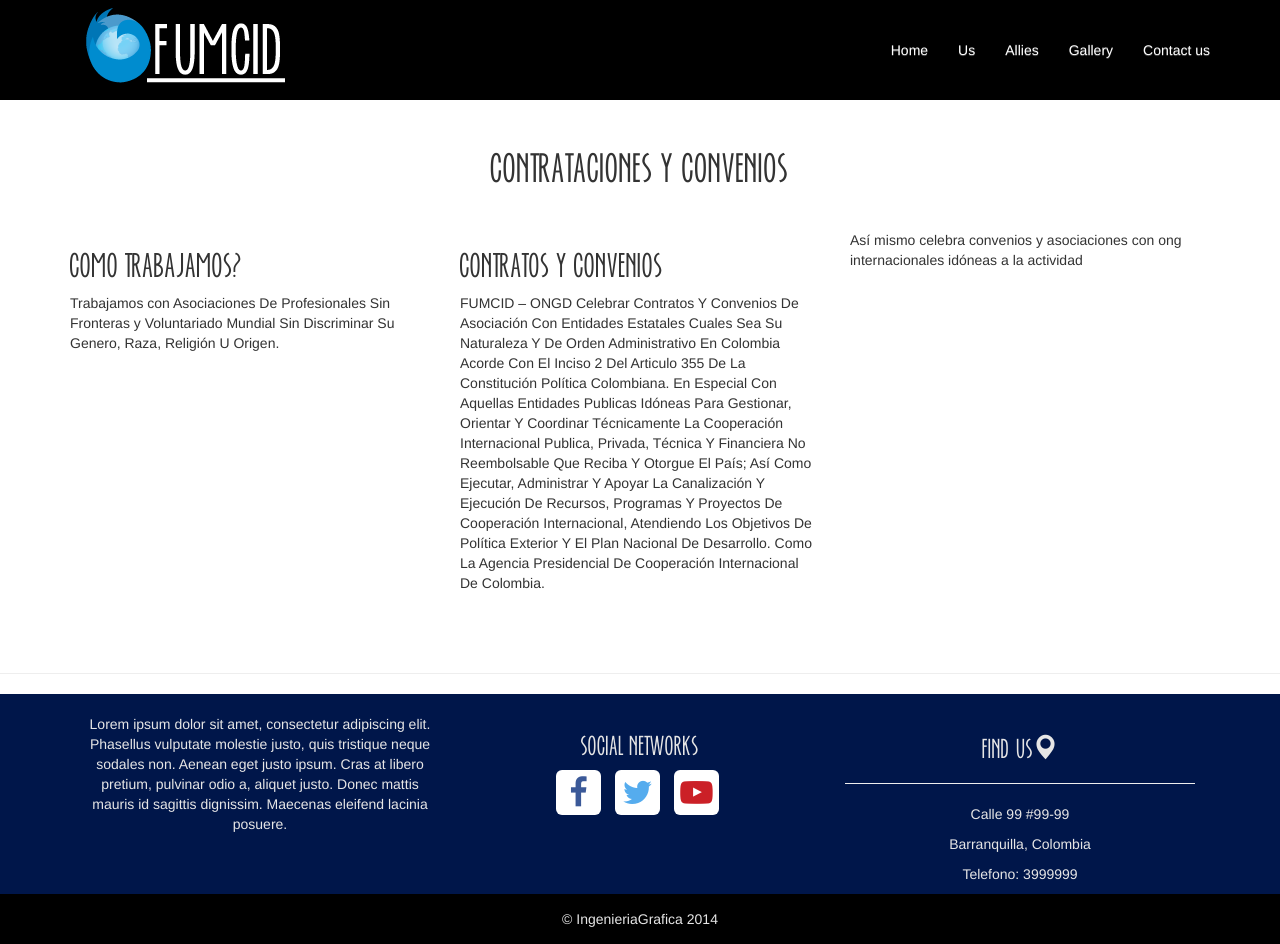
Repository: aarguelles93/Prototipo-portal-FUMCID
Page: http://localhost/contrataciones.php
The author's editor kept a record of every edit. The page is drawn from the files as they stood at one moment, then again after the next edit.
The browser window is 1280 px wide. The pictures show the whole page.
Some web libraries are served in a nearby version. The page is run by PHP 8.4 with error messages shown; the project is at /var/www/html/.

Above is the page before.

After the next edit:
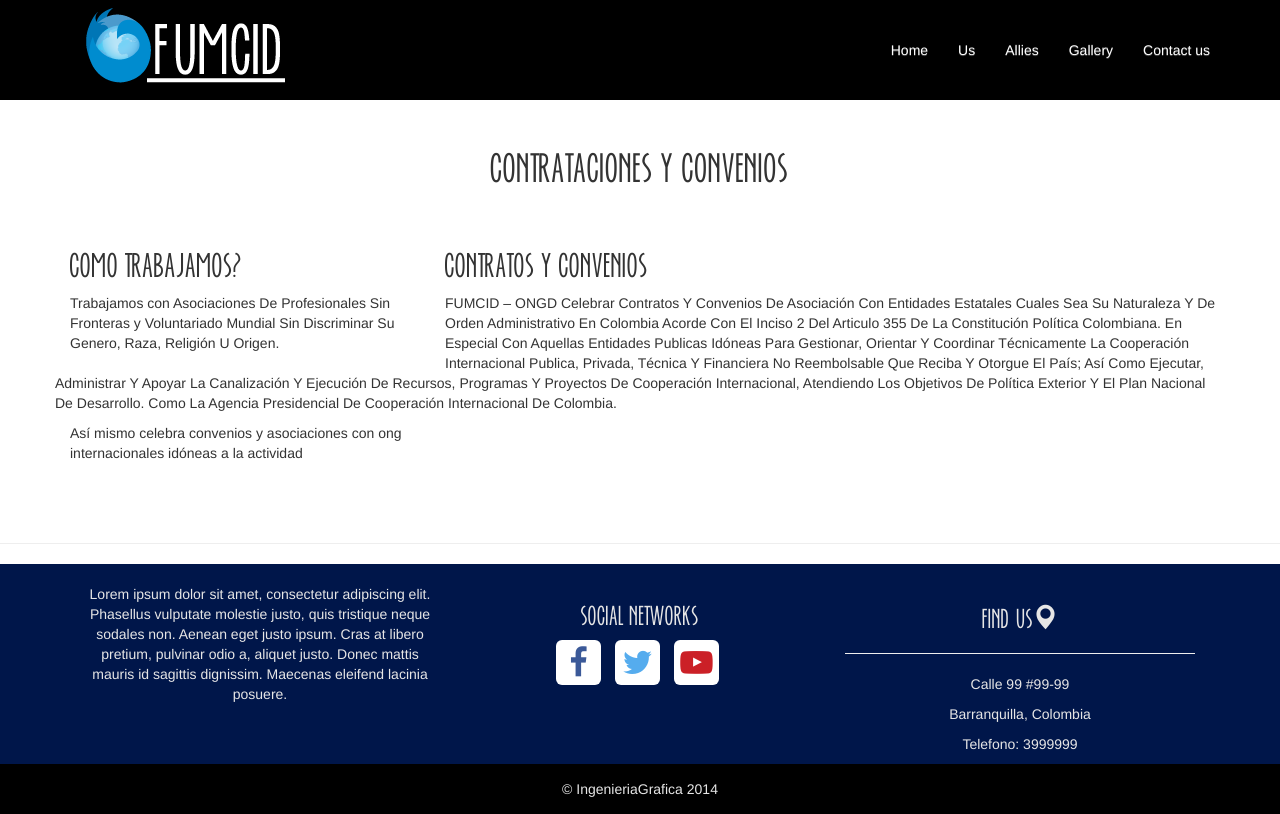
The edit:
--- a/contrataciones.php
+++ b/contrataciones.php
@@ -25,7 +25,7 @@
           <h2>Como trabajamos?</h2>
           <p>Trabajamos con Asociaciones De Profesionales Sin Fronteras y  Voluntariado Mundial Sin Discriminar Su Genero, Raza, Religión U Origen.</p>
         </div>
-        <div class="col-md-4">
+        <div>
           <h2>Contratos y convenios</h2>
           <p>FUMCID – ONGD Celebrar Contratos Y Convenios De Asociación Con Entidades Estatales Cuales Sea Su Naturaleza Y De Orden Administrativo En Colombia Acorde Con El Inciso 2 Del Articulo 355 De La Constitución Política Colombiana. En Especial Con Aquellas Entidades Publicas Idóneas Para Gestionar, Orientar Y Coordinar Técnicamente La Cooperación Internacional Publica, Privada, Técnica Y Financiera No Reembolsable Que Reciba Y Otorgue El País; Así Como Ejecutar, Administrar Y Apoyar La Canalización Y Ejecución De Recursos, Programas Y Proyectos De Cooperación Internacional, Atendiendo Los Objetivos De Política Exterior Y El Plan Nacional De Desarrollo. Como La Agencia Presidencial De Cooperación Internacional De Colombia.</p>
        </div>
